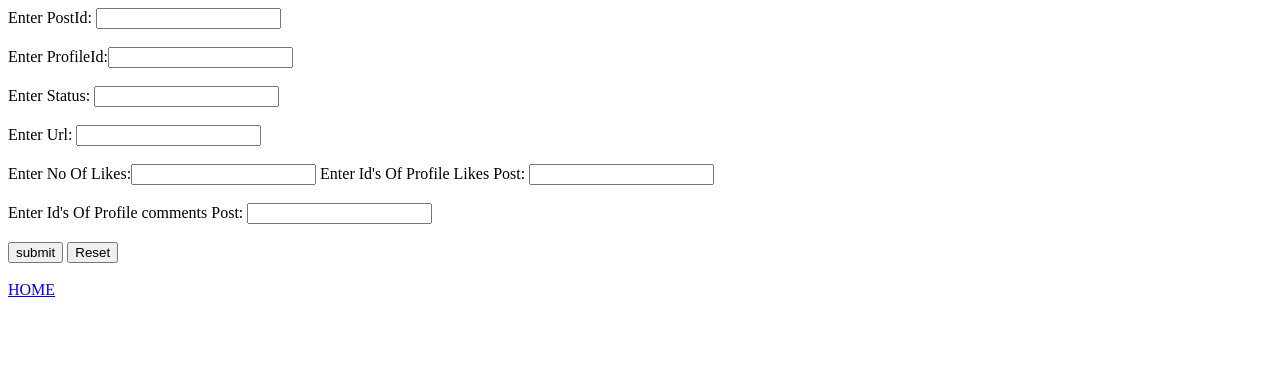
Repository: deepikabachhav/Ally-World-Post
Page: http://localhost/website/WEB-INF/jsp/AddPostForm.jsp
The author's editor kept a copy of each file at every save. The page is drawn from the files as they stood at one save, then again after the next save.
The browser window is 1280 px wide. The pictures show the whole page.
The page is served by Tomcat 9. Nobody is signed in. Other server files are loaded and not shown. The template is opened directly, without the code that normally fills it, so the values that code supplies are empty.

Above is the page before, as saved 2019-02-12 06:31:06.

### website/src/main/webapp/WEB-INF/jsp/AddPostForm.jsp
<%@ page language="java" contentType="text/html; charset=ISO-8859-1"
    pageEncoding="ISO-8859-1"%>
<!DOCTYPE html>
<html>
<head>
<meta charset="ISO-8859-1">
<title>Insert title here</title>
</head>
<body>
<form action="createNewPost" >
		Enter PostId: <input type="text" name="postId"/> <br /> <br />
		Enter ProfileId:<input type="text" name="profileId"/> <br /> <br />
		Enter Status:  <input type="text" name="status"/><br /> <br />
		Enter Url: <input type="text" name="url"/> <br /> <br />
		Enter No Of Likes:<input type="number" name="likes">
		Enter Id's Of Profile Likes Post: <input type="text" name="likesProfileId"/> <br /> <br />
		Enter Id's Of Profile comments Post: <input type="text" name="commentProfileId"/> <br /> <br />
  		<input type="submit" value="submit">
		<input type="Reset" value="Reset">
	</form><br />
	<div>
		<jsp:include page="HomeLink.html"></jsp:include>
	</div>
</body>
</html>

### website/src/main/webapp/WEB-INF/jsp/HomeLink.html
<!DOCTYPE html>
<html>
<head>
<meta charset="ISO-8859-1">
<title>Insert title here</title>
</head>
<body>
<a href="home">HOME</a>
</body>
</html>

After the next save:
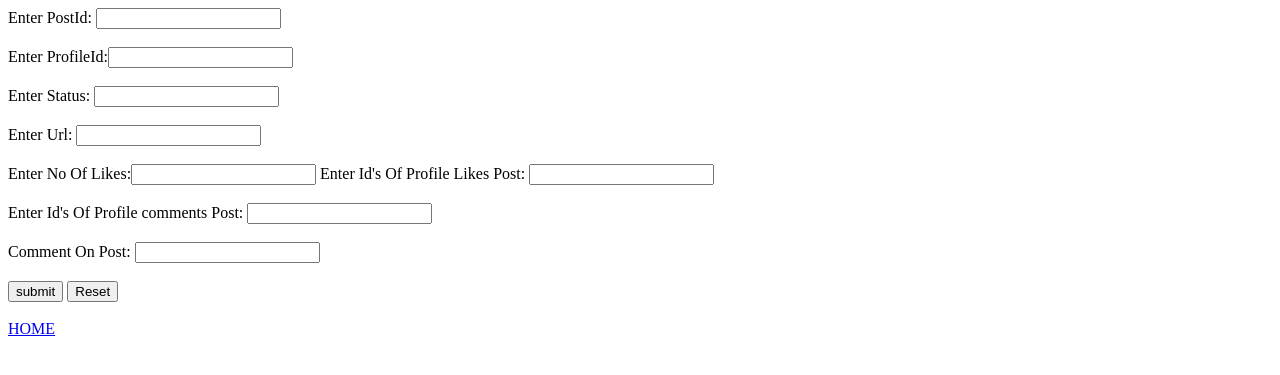
Saved 58 s later.
--- a/website/src/main/webapp/WEB-INF/jsp/AddPostForm.jsp
+++ b/website/src/main/webapp/WEB-INF/jsp/AddPostForm.jsp
@@ -15,6 +15,7 @@
 		Enter No Of Likes:<input type="number" name="likes">
 		Enter Id's Of Profile Likes Post: <input type="text" name="likesProfileId"/> <br /> <br />
 		Enter Id's Of Profile comments Post: <input type="text" name="commentProfileId"/> <br /> <br />
+		Comment On Post: <input type="text" name="comment"/> <br /> <br />
   		<input type="submit" value="submit">
 		<input type="Reset" value="Reset">
 	</form><br />
